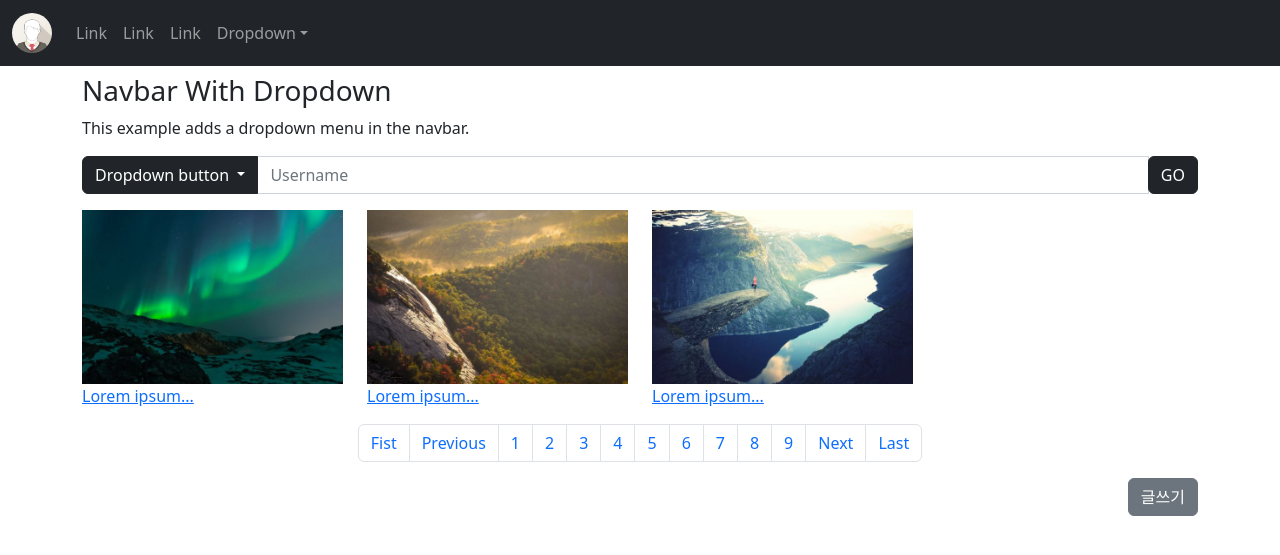
Repository: seoyeon0619/WebProgramming
Page: workspace1/myhome2/src/main/webapp/디자인/gallary.html
The author's editor kept a copy of each file at every save. The page is drawn from the files as they stood at one save, then again after the next save.
The browser window is 1280 px wide. The pictures show the whole page.

Above is the page before, as saved 2022-12-30 02:34:49.

### workspace1/myhome2/src/main/webapp/디자인/gallary.html
<!DOCTYPE html>
<html lang="en">
<head>
  <title>Bootstrap Example</title>
  <meta charset="utf-8">
  <meta name="viewport" content="width=device-width, initial-scale=1">
  <link href="https://cdn.jsdelivr.net/npm/bootstrap@5.2.3/dist/css/bootstrap.min.css" rel="stylesheet">
  <script src="https://cdn.jsdelivr.net/npm/bootstrap@5.2.3/dist/js/bootstrap.bundle.min.js"></script>
</head>
<body>

<nav class="navbar navbar-expand-sm bg-dark navbar-dark">
  <div class="container-fluid">
   	<a class="navbar-brand" href="#">
      <img src="/myhome2/images/p.png" alt="Logo" style="width:40px;" class="rounded-pill">
    </a>

    <button class="navbar-toggler" type="button" data-bs-toggle="collapse" data-bs-target="#collapsibleNavbar">
      <span class="navbar-toggler-icon"></span>
    </button>

    <div class="collapse navbar-collapse" id="collapsibleNavbar">
      <ul class="navbar-nav">
        <li class="nav-item">
          <a class="nav-link" href="#">Link</a>
        </li>
        <li class="nav-item">
          <a class="nav-link" href="#">Link</a>
        </li>
        <li class="nav-item">
          <a class="nav-link" href="#">Link</a>
        </li>
        <li class="nav-item dropdown">
          <a class="nav-link dropdown-toggle" href="#" role="button" data-bs-toggle="dropdown">Dropdown</a>
          <ul class="dropdown-menu">
            <li><a class="dropdown-item" href="#">Link</a></li>
            <li><a class="dropdown-item" href="#">Another link</a></li>
            <li><a class="dropdown-item" href="#">A third link</a></li>
          </ul>
        </li>
      </ul>
    </div>
  </div>
</nav>

<div class="container">
	<h1> </h1>
  <h3>Navbar With Dropdown</h3>
  <p>This example adds a dropdown menu in the navbar.</p>

  <div class="input-group mt-3 mb-3">
    <button type="button" class="btn btn-dark dropdown-toggle" data-bs-toggle="dropdown">
      Dropdown button
    </button>
    <ul class="dropdown-menu">
      <li><a class="dropdown-item" href="#">Link 1</a></li>
      <li><a class="dropdown-item" href="#">Link 2</a></li>
      <li><a class="dropdown-item" href="#">Link 3</a></li>
    </ul>
    <input type="text" class="form-control" placeholder="Username">
    <div class="input-group-append">
    	<button class="btn btn-dark" type="button">GO</button>
    </div>
  </div>

   <div class="row">
  <div class="col-sm-3">
    <div class="thumbnail">
      <a href="/myhome2/images/lights.jpg">
        <img src="/myhome2/images/lights.jpg" alt="Lights" style="width:100%">
        <div class="caption">
          <p>Lorem ipsum...</p>
        </div>
      </a>
    </div>
  </div>
  <div class="col-sm-3">
    <div class="thumbnail">
      <a href="/myhome2/images/nature.jpg">
        <img src="/myhome2/images/nature.jpg" alt="Nature" style="width:100%">
        <div class="caption">
          <p>Lorem ipsum...</p>
        </div>
      </a>
    </div>
  </div>
  <div class="col-sm-3">
    <div class="thumbnail">
      <a href="/myhome2/images/fjords.jpg">
        <img src="/myhome2/images/fjords.jpg" alt="Fjords" style="width:100%">
        <div class="caption">
          <p>Lorem ipsum...</p>
        </div>
      </a>
    </div>
  </div>
</div>

</div>

  <div class="container" style="text-align:center">
  <ul class="pagination justify-content-center">
    <li class="page-item"><a class="page-link" href="#">Fist</a></li>
    <li class="page-item"><a class="page-link" href="#">Previous</a></li>
    <li class="page-item"><a class="page-link" href="#">1</a></li>
    <li class="page-item"><a class="page-link" href="#">2</a></li>
    <li class="page-item"><a class="page-link" href="#">3</a></li>
    <li class="page-item"><a class="page-link" href="#">4</a></li>
    <li class="page-item"><a class="page-link" href="#">5</a></li>
    <li class="page-item"><a class="page-link" href="#">6</a></li>
    <li class="page-item"><a class="page-link" href="#">7</a></li>
    <li class="page-item"><a class="page-link" href="#">8</a></li>
    <li class="page-item"><a class="page-link" href="#">9</a></li>
    <li class="page-item"><a class="page-link" href="#">Next</a></li>
    <li class="page-item"><a class="page-link" href="#">Last</a></li>
  </ul>
 </div>

<div class="container" style="text-align:right">
	<button type="button" class="btn btn-secondary">글쓰기</button>
</div>
</body>
</html>

After the next save:
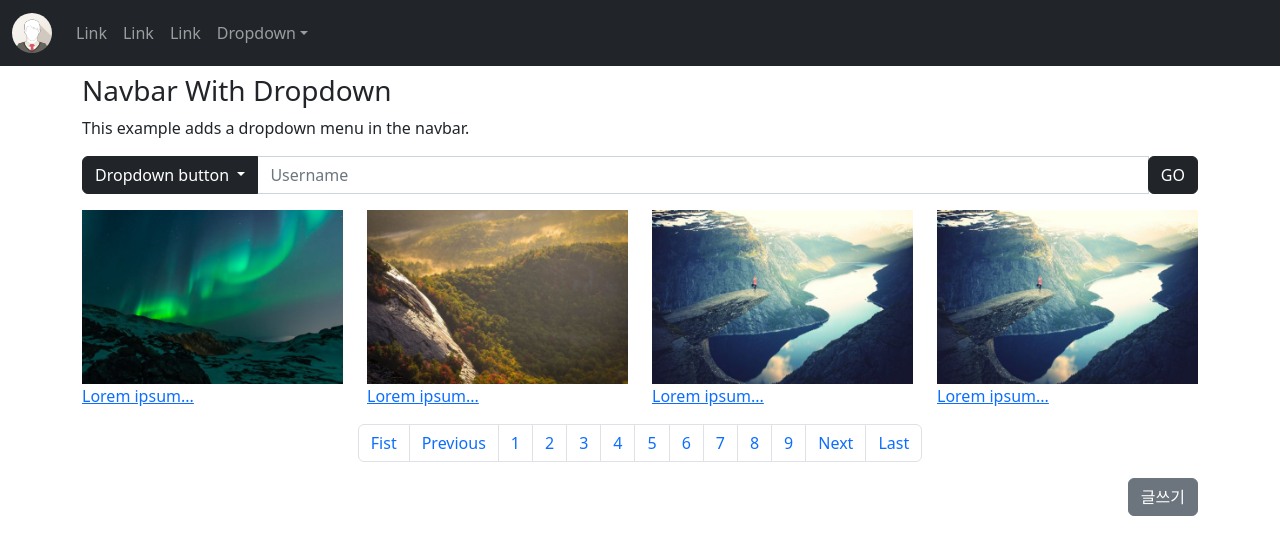
Saved 23 s later.
--- a/workspace1/myhome2/src/main/webapp/디자인/gallary.html
+++ b/workspace1/myhome2/src/main/webapp/디자인/gallary.html
@@ -94,6 +94,16 @@
       </a>
     </div>
   </div>
+  <div class="col-sm-3">
+    <div class="thumbnail">
+      <a href="/myhome2/images/fjords.jpg">
+        <img src="/myhome2/images/fjords.jpg" alt="Fjords" style="width:100%">
+        <div class="caption">
+          <p>Lorem ipsum...</p>
+        </div>
+      </a>
+    </div>
+  </div>
 </div>
 
 </div>
